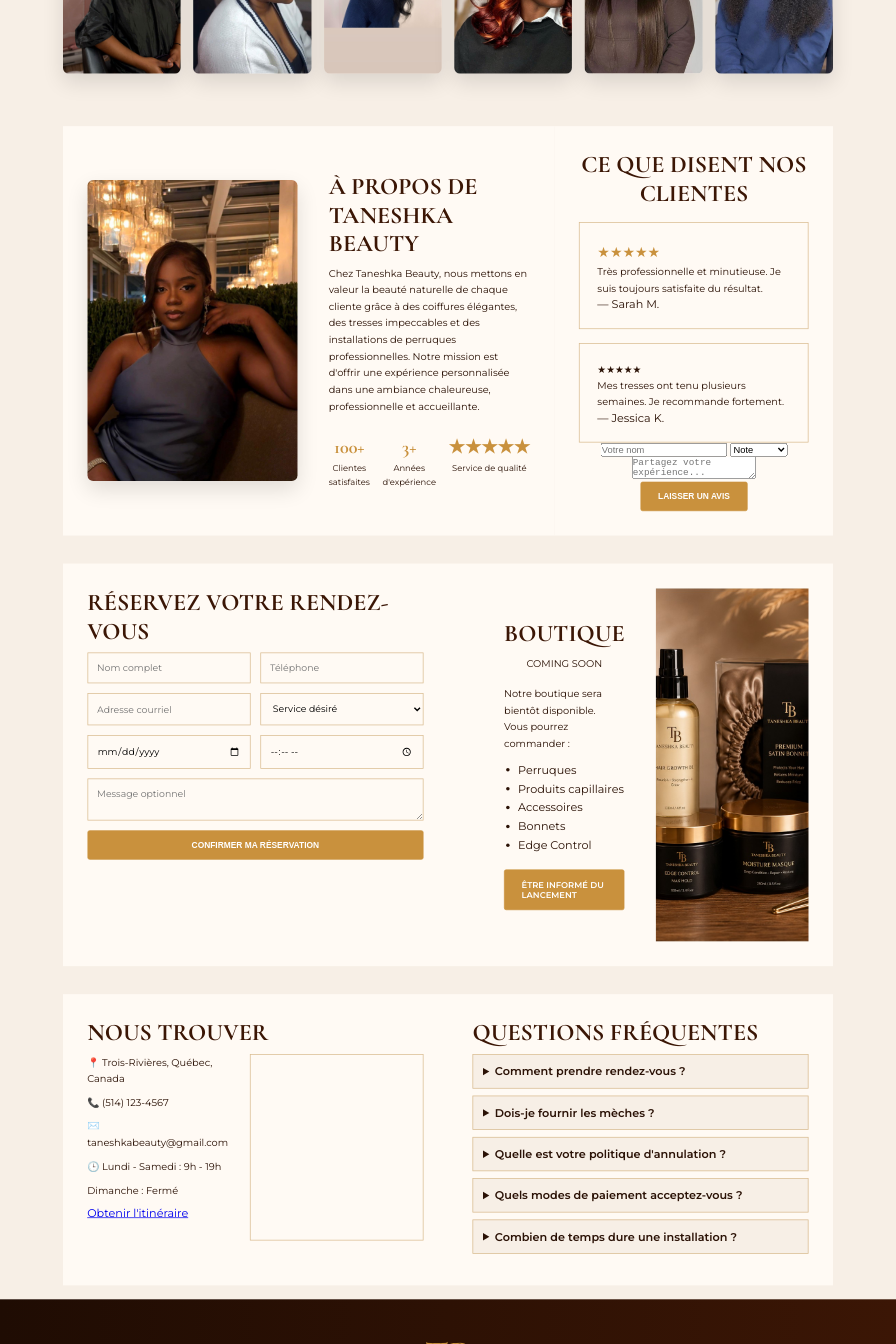
Repository: kngnepi/Taneshka-Beauty-House
Page: index.html
These files come from the project's save history. The page is drawn as it stood at one moment and after the next save; the edit follows.
The browser window is 1280 px wide. The pictures show the part of the page from y = 1823 to 3743 px (the page is 3890 px tall before and 4073 px after), at 70% of full size.
Pictures or frames that could not be fetched are drawn as grey boxes.

Above is the page before, as saved 2026-07-05 19:05:20.

### index.html
<!DOCTYPE html>
<html lang="fr">
<head>
  <meta charset="UTF-8" />
  <meta name="viewport" content="width=device-width, initial-scale=1.0" />
  <title>Taneshka Beauty</title>
  <link rel="stylesheet" href="style.css" />
</head>
<body>

  <!-- NAVBAR -->
  <header class="navbar">
    <div class="logo">
      <span>TB</span>
      <p>TANESHKA BEAUTY</p>
    </div>

    <nav>
      <a href="#home">Accueil</a>
      <a href="#services">Services</a>
      <a href="#portfolio">Portfolio</a>
      <a href="#about">À propos</a>
      <a href="#booking">Réservation</a>
      <a href="#products">Boutique</a>
      <a href="#contact">Contact</a>
    </nav>

    <a href="#booking" class="btn-gold">Réserver</a>
  </header>

  <!-- HERO -->
  <section id="home" class="hero">
    <div class="hero-content">
      <h1>TANESHKA<br>BEAUTY</h1>
      <p class="tagline">Élégance • Confiance • Beauté</p>
      <p class="hero-text">
        Spécialiste en perruques, tresses et coiffures protectrices.
      </p>

      <div class="hero-buttons">
        <a href="#booking" class="btn-gold">Réserver un rendez-vous</a>
        <a href="#portfolio" class="btn-outline">Voir nos réalisations</a>
      </div>
    </div>
  </section>

  <!-- SERVICES -->
  <section id="services" class="section">
    <h2>Nos Services</h2>
    <p class="section-subtitle">Des prestations adaptées à votre style et à vos besoins.</p>

    <div class="services-grid">
      <div class="service-card">
        <div class="service-img"></div>
        <div>
          <h3>Perruques</h3>
          <ul>
            <li>Installation</li>
            <li>Retrait</li>
            <li>Revamp</li>
            <li>Customisation</li>
          </ul>
          <p>À partir de 60$</p>
          <a href="#booking" class="btn-dark">Réserver</a>
        </div>
      </div>

      <div class="service-card">
        <div class="service-img"></div>
        <div>
          <h3>Tresses</h3>
          <ul>
            <li>Knotless Braids</li>
            <li>Boho Braids</li>
            <li>Tribal Braids</li>
            <li>Cornrows</li>
          </ul>
          <p>À partir de 80$</p>
          <a href="#booking" class="btn-dark">Réserver</a>
        </div>
      </div>

      <div class="service-card">
        <div class="service-img"></div>
        <div>
          <h3>Coiffures</h3>
          <ul>
            <li>Ponytail</li>
            <li>Wig Styling</li>
            <li>Butterfly Locs</li>
            <li>Twists</li>
          </ul>
          <p>À partir de 50$</p>
          <a href="#booking" class="btn-dark">Réserver</a>
        </div>
      </div>
    </div>
  </section>

  <!-- PORTFOLIO -->
 <section id="portfolio" class="section">
  <h2>Nos Réalisations</h2>

  <div class="portfolio-filters">
    <button class="active" data-filter="all">Tout</button>
    <button data-filter="perruques">Perruques</button>
    <button data-filter="tresses">Tresses</button>
    <button data-filter="ponytails">Ponytails</button>
    <button data-filter="locs">Locs</button>
  </div>

  <div class="portfolio-grid">
    <div class="portfolio-item" data-category="ponytails"></div>
    <div class="portfolio-item" data-category="ponytails"></div>
    <div class="portfolio-item" data-category="perruques"></div>
    <div class="portfolio-item" data-category="perruques"></div>
    <div class="portfolio-item" data-category="perruques"></div>
    <div class="portfolio-item" data-category="perruques"></div>
  </div>
</section>

  <!-- ABOUT + REVIEWS -->
  <!-- ABOUT + REVIEWS -->
<section class="split-section">
  <div id="about" class="about-box">
    <div class="about-img"></div>

    <div class="about-content">
      <h2>À propos de Taneshka Beauty</h2>
      <p>
        Chez Taneshka Beauty, nous mettons en valeur la beauté naturelle de chaque cliente
        grâce à des coiffures élégantes, des tresses impeccables et des installations de
        perruques professionnelles. Notre mission est d'offrir une expérience personnalisée
        dans une ambiance chaleureuse, professionnelle et accueillante.
      </p>

      <div class="about-stats">
        <div>
          <h3>100+</h3>
          <p>Clientes satisfaites</p>
        </div>

        <div>
          <h3>3+</h3>
          <p>Années d'expérience</p>
        </div>

        <div>
          <h3>★★★★★</h3>
          <p>Service de qualité</p>
        </div>
      </div>
    </div>
  </div>

  <div class="reviews-box">
  <h2>Ce que disent nos clientes</h2>

  <div class="reviews-grid" id="reviewsList">
    <div class="review-card">
      <p class="stars">★★★★★</p>
      <p>Très professionnelle et minutieuse. Je suis toujours satisfaite du résultat.</p>
      <span>— Sarah M.</span>
    </div>

    <div class="review-card">
      <p class="stars">★★★★★</p>
      <p>Mes tresses ont tenu plusieurs semaines. Je recommande fortement.</p>
      <span>— Jessica K.</span>
    </div>
  </div>

  <form class="review-form" id="reviewForm">
    <input type="text" id="reviewName" placeholder="Votre nom" required />

    <select id="reviewRating" required>
      <option value="">Note</option>
      <option value="5">★★★★★</option>
      <option value="4">★★★★</option>
      <option value="3">★★★</option>
      <option value="2">★★</option>
      <option value="1">★</option>
    </select>

    <textarea id="reviewText" placeholder="Partagez votre expérience..." required></textarea>

    <button type="submit" class="btn-gold">Laisser un avis</button>
  </form>
</div>
</section>

<!-- BOOKING + PRODUCTS -->
<section class="split-section">
  <div id="booking" class="booking-section">
    <h2>Réservez votre rendez-vous</h2>

    <form class="booking-form">
      <input type="text" placeholder="Nom complet" />
      <input type="tel" placeholder="Téléphone" />
      <input type="email" placeholder="Adresse courriel" />

      <select>
        <option>Service désiré</option>
        <option>Perruques</option>
        <option>Tresses</option>
        <option>Coiffures</option>
      </select>

      <input type="date" />
      <input type="time" />
      <textarea placeholder="Message optionnel"></textarea>

      <button type="submit" class="btn-gold">Confirmer ma réservation</button>
    </form>
  </div>

  <div id="products" class="products-section">
    <div class="products-content">
      <div class="products-text">
        <h2>Boutique</h2>
        <p class="coming-soon">Coming Soon</p>
        <p>Notre boutique sera bientôt disponible.</p>
        <p>Vous pourrez commander :</p>

        <ul>
          <li>Perruques</li>
          <li>Produits capillaires</li>
          <li>Accessoires</li>
          <li>Bonnets</li>
          <li>Edge Control</li>
        </ul>

        <a href="#contact" class="btn-gold">Être informé du lancement</a>
      </div>

      <div class="products-img"></div>
    </div>
  </div>
</section>

<!-- LOCATION + FAQ -->
<section id="contact" class="split-section">
  <div class="location-box">
  <h2>Nous trouver</h2>

  <div class="location-content">
    <div class="location-info">
      <p>📍 Trois-Rivières, Québec, Canada</p>
      <p>📞 (514) 123-4567</p>
      <p>✉️ taneshkabeauty@gmail.com</p>
      <p>🕒 Lundi - Samedi : 9h - 19h</p>
      <p>Dimanche : Fermé</p>

      <a
        href="https://www.google.com/maps/search/?api=1&query=Trois-Rivi%C3%A8res%2C%20Qu%C3%A9bec%2C%20Canada"
        target="_blank"
        class="btn-outline-dark"
      >
        Obtenir l'itinéraire
      </a>
    </div>

    <div class="map-box">
      <iframe
        src="https://www.google.com/maps?q=Trois-Rivi%C3%A8res%2C%20Qu%C3%A9bec%2C%20Canada&output=embed"
        loading="lazy"
        referrerpolicy="no-referrer-when-downgrade">
      </iframe>
    </div>
  </div>
</div>

  <div class="faq-box">
    <h2>Questions fréquentes</h2>

    <details>
      <summary>Comment prendre rendez-vous ?</summary>
      <p>Vous pouvez réserver via le formulaire ou nous contacter sur Instagram.</p>
    </details>

    <details>
      <summary>Dois-je fournir les mèches ?</summary>
      <p>Cela dépend du service choisi. Les détails seront confirmés lors de la réservation.</p>
    </details>

    <details>
      <summary>Quelle est votre politique d'annulation ?</summary>
      <p>Les annulations doivent être faites au moins 48h avant le rendez-vous.</p>
    </details>

    <details>
      <summary>Quels modes de paiement acceptez-vous ?</summary>
      <p>Espèces et virement Interac.</p>
    </details>

    <details>
      <summary>Combien de temps dure une installation ?</summary>
      <p>La durée varie selon le service sélectionné.</p>
    </details>
  </div>
</section>
  <!-- FOOTER -->
  <footer>
    <h2>TB</h2>
    <p>Taneshka Beauty</p>
    <p>© 2026 Taneshka Beauty. Tous droits réservés.</p>
  </footer>

<script>
  const filterButtons = document.querySelectorAll(".portfolio-filters button");
  const portfolioItems = document.querySelectorAll(".portfolio-item");

  filterButtons.forEach(button => {
    button.addEventListener("click", () => {
      const filter = button.dataset.filter;

      filterButtons.forEach(btn => btn.classList.remove("active"));
      button.classList.add("active");

      portfolioItems.forEach(item => {
        if (filter === "all" || item.dataset.category === filter) {
          item.classList.remove("hide");
        } else {
          item.classList.add("hide");
        }
      });
    });
  });
</script>

</body>
</html>

### style.css
@import url('https://fonts.googleapis.com/css2?family=Cormorant+Garamond:wght@500;600;700&family=Montserrat:wght@300;400;500;600&display=swap');

:root {
  --brown: #3b1605;
  --dark-brown: #1f0c03;
  --gold: #c9913d;
  --cream: #f7efe6;
  --light-cream: #fffaf4;
  --text: #2b1206;
  --border: #d8b98c;
}

* {
  margin: 0;
  padding: 0;
  box-sizing: border-box;
}

body {
  background: var(--cream);
  color: var(--text);
  font-family: "Montserrat", sans-serif;
}

h1, h2, h3 {
  font-family: "Cormorant Garamond", serif;
  text-transform: uppercase;
}

section {
  padding: 55px 7%;
}

.navbar {
  background: rgba(31, 12, 3, 0.95);
  color: white;
  height: 85px;
  padding: 0 7%;
  display: flex;
  align-items: center;
  justify-content: space-between;
}

.logo span {
  color: var(--gold);
  font-family: "Cormorant Garamond", serif;
  font-size: 38px;
  font-weight: 700;
}

.logo p {
  color: var(--gold);
  font-size: 13px;
  letter-spacing: 1px;
}

nav {
  display: flex;
  gap: 30px;
}

nav a {
  color: white;
  text-decoration: none;
  font-size: 13px;
  text-transform: uppercase;
}

.btn-gold,
.btn-outline,
.btn-dark {
  display: inline-block;
  padding: 13px 24px;
  text-decoration: none;
  text-transform: uppercase;
  font-size: 12px;
  font-weight: 600;
  border-radius: 3px;
}

.btn-gold {
  background: var(--gold);
  color: white;
  border: 1px solid var(--gold);
}

.btn-outline {
  border: 1px solid var(--gold);
  color: white;
}

.btn-dark {
  background: var(--brown);
  color: white;
  margin-top: 15px;
}

.hero {
  min-height: 720px;
  background:
    linear-gradient(to right, rgba(20, 7, 2, 0.95) 0%, rgba(20, 7, 2, 0.75) 38%, rgba(20, 7, 2, 0.25) 70%),
    url("images/hero.jpg");
  background-size: cover;
  background-position: center 35%;
  display: flex;
  align-items: center;
}

.hero-content {
  max-width: 620px;
  margin-top: 40px;
}

.hero h1 {
  color: var(--gold);
  font-size: 92px;
  line-height: 0.9;
}

.tagline {
  color: white;
  font-family: "Cormorant Garamond", serif;
  font-size: 28px;
  font-style: italic;
  margin: 20px 0;
}

.hero-text {
  color: white;
  font-size: 18px;
  line-height: 1.6;
}

.hero-buttons {
  display: flex;
  gap: 20px;
  margin-top: 30px;
}

.section {
  text-align: center;
}

.section h2,
.split-section h2 {
  font-size: 34px;
  color: var(--brown);
  margin-bottom: 10px;
}

.section-subtitle {
  margin-bottom: 35px;
  font-size: 14px;
}

.services-grid {
  display: grid;
  grid-template-columns: repeat(3, 1fr);
  gap: 25px;
}

.service-card {
  background: var(--light-cream);
  border: 1px solid var(--border);
  display: grid;
  grid-template-columns: 1fr 1fr;
  text-align: left;
  min-height: 260px;
}

.service-img,
.portfolio-item,
.about-img {
  width: 100%;
  height: 430px;
  background-image: url("images/about.jpg");
  background-size: cover;
  background-position: center top;
  border-radius: 8px;
  box-shadow: 0 12px 30px rgba(0,0,0,.12);
}

.service-card:nth-child(1) .service-img {
  background-image: url("images/service-wig.jpg");
}

.service-card:nth-child(2) .service-img {
  background-image: url("images/service-braids.jpg");
}

.service-card:nth-child(3) .service-img {
  background-image: url("images/service-hair.jpg");
}

.service-card div:last-child {
  padding: 28px;
}

.service-card h3 {
  font-size: 24px;
  margin-bottom: 15px;
}

.service-card li {
  margin-bottom: 8px;
  font-size: 14px;
}

.portfolio-filters {
  display: flex;
  justify-content: center;
  gap: 35px;
  margin: 25px 0;
}

.portfolio-filters button {
  background: transparent;
  border: none;
  text-transform: uppercase;
  cursor: pointer;
}


.portfolio-grid {
  display: grid;
  grid-template-columns: repeat(6, 1fr);
  gap: 18px;
}

.portfolio-item {
  height: 300px;
  border-radius: 8px;
  overflow: hidden;
  background-size: cover;
  background-position: center 25%;
  background-repeat: no-repeat;
}

.portfolio-item:nth-child(2) {
    background-position: center 20%;
}

.portfolio-item:nth-child(2) img {
  object-position: 40% 70%;
}
.portfolio-item img {
  width: 100%;
  height: 100%;
  object-fit: cover;
  object-position: center 25%;
  display: block;
}


.portfolio-item:nth-child(1) {
  background-image: url("images/portfolio-1.jpg");
}

.portfolio-item:nth-child(2) {
  background-image: url("images/portfolio-2.jpg");
}

.portfolio-item:nth-child(3) {
  background-image: url("images/portfolio-3.jpg");
}

.portfolio-item:nth-child(4) {
  background-image: url("images/portfolio-4.jpg");
}

.portfolio-item:nth-child(5) {
  background-image: url("images/portfolio-5.jpg");
}

.portfolio-item:nth-child(6) {
  background-image: url("images/portfolio-6.jpg");
}

.split-section {
  padding: 20px 7%;
  display: grid;
  grid-template-columns: 1fr 1fr;
  gap: 0;
}

.about-box,
.reviews-box,
.location-box,
.faq-box,
.booking-section,
.products-section {
  background: var(--light-cream);
  border: 1px solid var(--border);
  padding: 35px;
}

.about-box {
  display: grid;
  grid-template-columns: 300px 1fr;
  gap: 45px;
  align-items: center;
  background: var(--light-cream);
  padding: 45px;
}

.about-img {
  min-height: 280px;
  background-image: url("images/about.jpg");
}

.about-box p,
.review-card p,
.location-box p,
.products-section p,
.faq-box p {
  font-size: 14px;
  line-height: 1.7;
}

.reviews-box {
  text-align: center;
}

.review-card {
  border: 1px solid var(--border);
  padding: 25px;
  margin-top: 20px;
  text-align: left;
}

.review-card:first-of-type p:first-child {
  color: var(--gold);
  font-size: 20px;
}

.booking-form {
  max-width: 850px;
  margin: auto;
  display: grid;
  grid-template-columns: 1fr 1fr;
  gap: 14px;
}

.booking-form input,
.booking-form select,
.booking-form textarea {
  padding: 13px;
  border: 1px solid var(--border);
  background: var(--light-cream);
  font-family: "Montserrat", sans-serif;
}

.booking-form textarea,
.booking-form button {
  grid-column: span 2;
}

.products-section {
  text-align: center;
}

.products-section h2 {
  color: var(--brown);
}

.location-box {
  text-align: left;
}

.faq-box details {
  border: 1px solid var(--border);
  margin-bottom: 10px;
  padding: 14px;
  background: var(--cream);
}

.faq-box summary {
  cursor: pointer;
  font-weight: 600;
}

footer {
  background: linear-gradient(to right, var(--dark-brown), var(--brown));
  color: white;
  text-align: center;
  padding: 45px 7%;
}

footer h2 {
  color: var(--gold);
  font-size: 55px;
}

footer p {
  color: var(--gold);
  margin-top: 8px;
}

@media (max-width: 900px) {
  .navbar {
    height: auto;
    flex-direction: column;
    padding: 20px;
    gap: 20px;
  }

  nav {
    flex-wrap: wrap;
    justify-content: center;
  }

  .hero h1 {
    font-size: 55px;
  }

  .services-grid,
  .split-section {
    grid-template-columns: 1fr;
  }

  .service-card,
  .about-box {
    grid-template-columns: 1fr;
  }

  .portfolio-grid {
    grid-template-columns: repeat(2, 1fr);
  }

  .booking-form {
    grid-template-columns: 1fr;
  }

  .booking-form textarea,
  .booking-form button {
    grid-column: span 1;
  }
}

.about-content {
  display: flex;
  flex-direction: column;
  justify-content: center;
}

.about-stats {
  display: grid;
  grid-template-columns: repeat(3, 1fr);
  gap: 18px;
  margin-top: 30px;
  text-align: center;
}

.about-stats h3 {
  color: var(--gold);
  font-size: 26px;
  margin-bottom: 5px;
}

.about-stats p {
  font-size: 12px;
}

.products-section {
  padding: 0;
  text-align: left;
}

.products-content {
  display: grid;
  grid-template-columns: 1fr 1fr;
  min-height: 320px;
}

.products-text {
  padding: 45px;
}

.products-text h2 {
  text-align: center;
}

.coming-soon {
  text-align: center;
  text-transform: uppercase;
  font-size: 13px;
  margin-bottom: 20px;
}

.products-text ul {
  margin: 15px 0 25px 20px;
}

.products-text li {
  margin-bottom: 8px;
}

.products-img {
  background-image: url("images/products.jpg");
  background-size: cover;
  background-position: center;
  min-height: 320px;
}

@media (max-width: 900px) {
  .about-stats {
    grid-template-columns: 1fr;
  }

  .products-content {
    grid-template-columns: 1fr;
  }
}

.about-box,
.reviews-box,
.location-box,
.faq-box,
.booking-section,
.products-section {
    background: var(--light-cream);
    border: none;
    padding: 35px;
}
.location-content {
  display: grid;
  grid-template-columns: 1fr 1.2fr;
  gap: 25px;
  align-items: stretch;
}

.location-info p {
  margin-bottom: 10px;
}

.map-box {
  width: 100%;
  min-height: 260px;
  border: 1px solid var(--border);
  overflow: hidden;
}

.map-box iframe {
  width: 100%;
  height: 100%;
  min-height: 260px;
  border: none;
}

@media (max-width: 900px) {
  .location-content {
    grid-template-columns: 1fr;
  }
}

.portfolio-filters button.active {
  background: var(--brown);
  color: white;
  padding: 8px 35px;
}

.portfolio-item.hide {
  display: none;
}

After the next save:
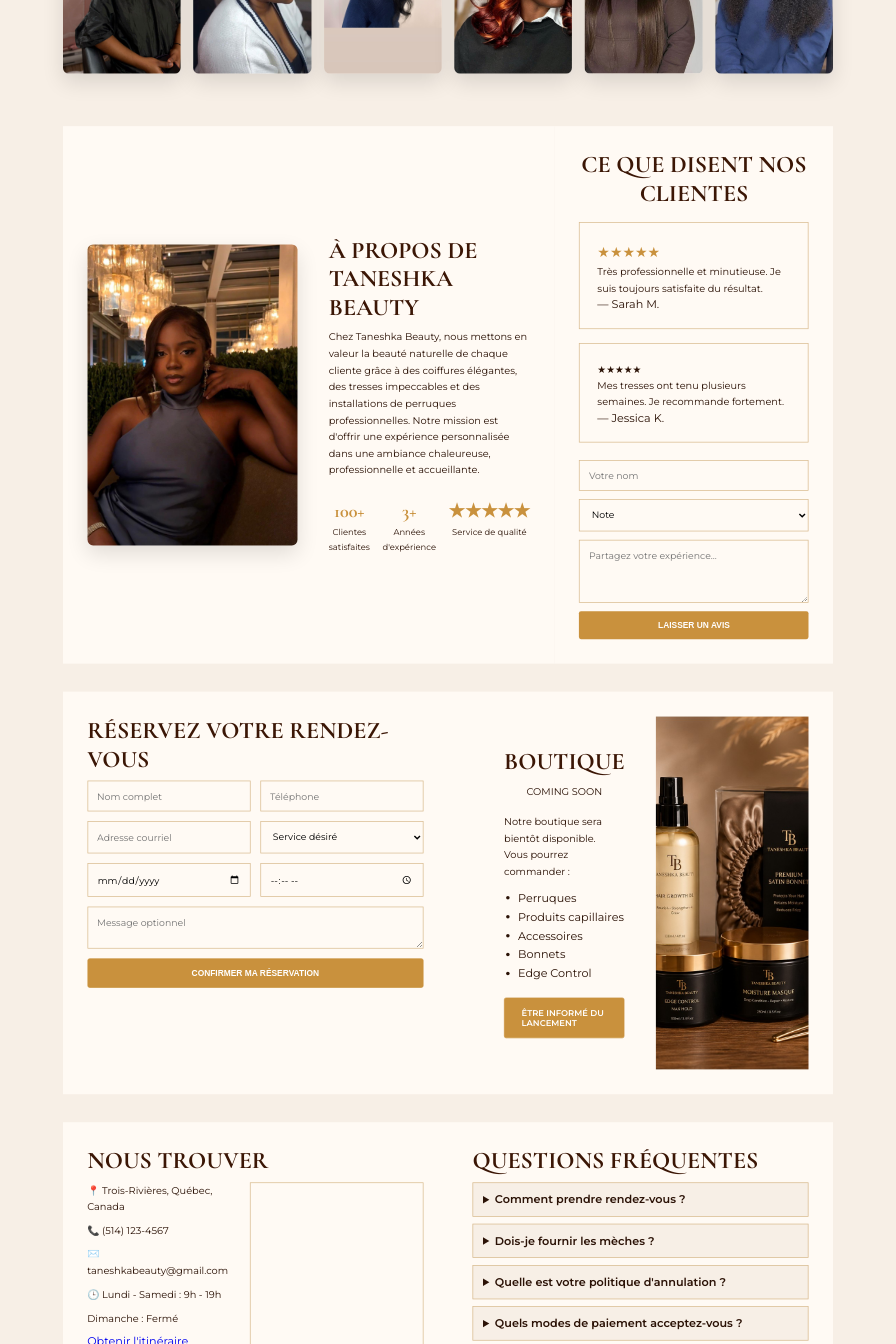
Saved 35 s later.
--- a/style.css
+++ b/style.css
@@ -562,3 +562,27 @@
 .portfolio-item.hide {
   display: none;
 }
+.review-form {
+  margin-top: 25px;
+  display: grid;
+  gap: 12px;
+}
+
+.review-form input,
+.review-form select,
+.review-form textarea {
+  padding: 13px;
+  border: 1px solid var(--border);
+  background: var(--light-cream);
+  font-family: "Montserrat", sans-serif;
+}
+
+.review-form textarea {
+  min-height: 90px;
+  resize: vertical;
+}
+
+.review-form button {
+  border: none;
+  cursor: pointer;
+}
